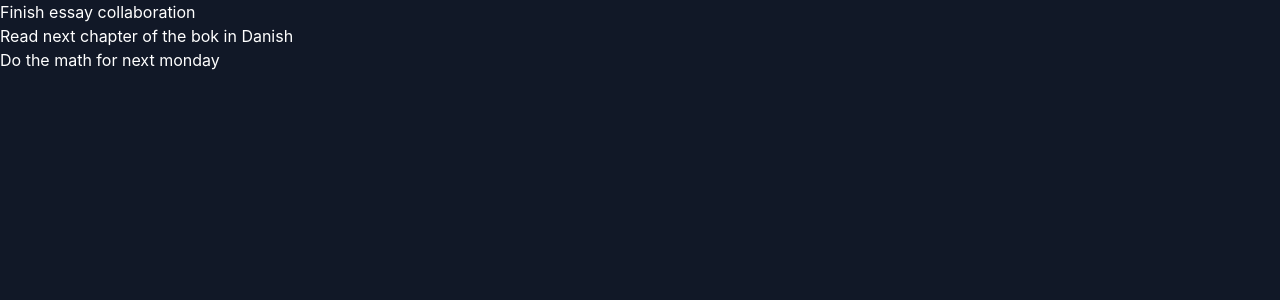
Repository: VachArt/react-exam-work
Page: /
These files come from the project's save history. The page is drawn as it stood at one moment and after the next save; the edit follows.
The browser window is 1280 px wide. The pictures show the whole page.
The project was rebuilt for these pictures with package versions that can differ from the ones it lists, and the page was loaded fresh each time.

Above is the page before, as saved 2022-04-27 14:44:33.

After the next save:
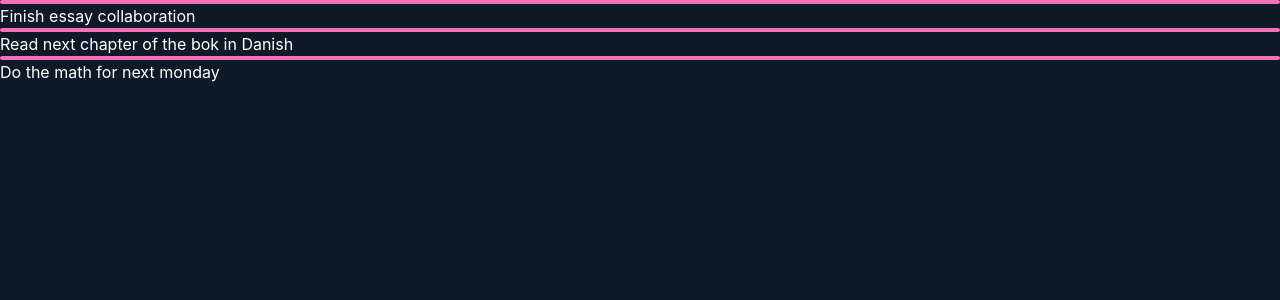
Saved 49 s later.
--- a/src/components/pages/Home/item/Check.jsx
+++ b/src/components/pages/Home/item/Check.jsx
@@ -4,7 +4,7 @@ import {BsCheck} from 'react-icons/bs'
 
 const Check = ({isComleted}) => {
     return (
-        <div className='borer'>
+        <div className='border-2 rounded-lg border-pink-400'>
             {isComleted &&
             <BsCheck size={24} className='text-gray-900'/>
             }
